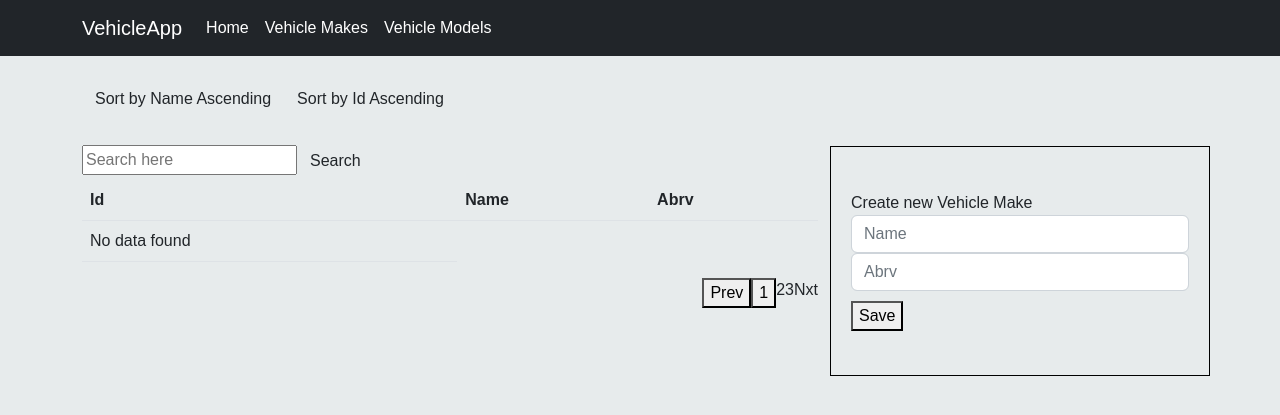
Repository: magdalenarajic/VehicleFrontend
Page: /Makes
The author's editor kept a copy of each file at every save. The page is drawn from the files as they stood at one save, then again after the next save.
The browser window is 1280 px wide. The pictures show the whole page.
The page's requests for data from a server got no answer. The project was rebuilt for these pictures with package versions that can differ from the ones it lists, and the page was loaded fresh each time. No one was signed in, and anything a server would have sent is missing. Also part of the build but not shown: src/components/Home.js, src/services/modelService.js, src/stores/modelStore.js, src/components/VehicleModel.js.

Above is the page before, as saved 2023-03-11 09:48:54.

After the next save:
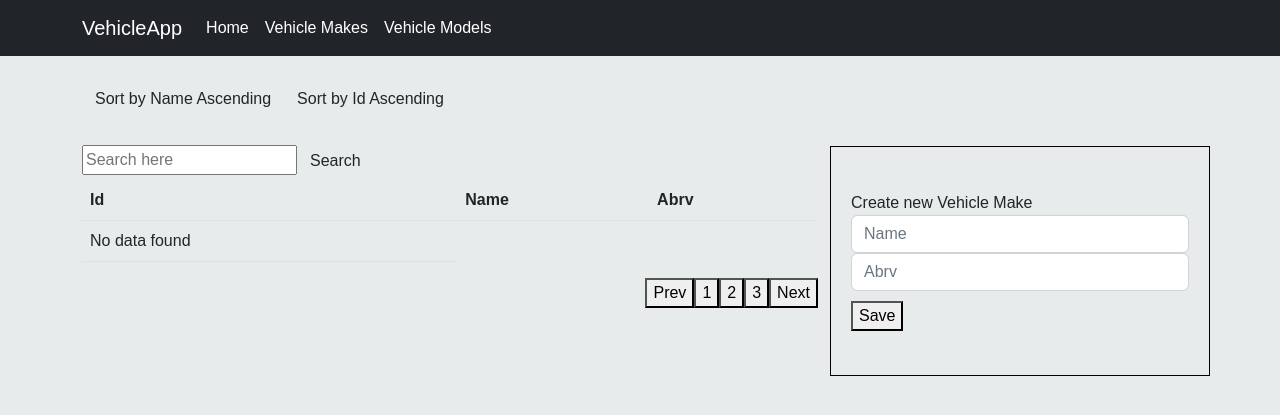
Saved 65 s later.
--- a/src/components/VehicleMake.js
+++ b/src/components/VehicleMake.js
@@ -160,11 +160,11 @@ const MakeList = () => {
                 <Col>
                 <nav>
   <ul className="pagination justify-content-end">
-    <li class="page-item"> <button> Prev </button> </li>
+    <li className="page-item"> <button> Prev </button> </li>
     <li class="page-item"><button> 1 </button></li>
-    <li class="page-item">2</li>
-    <li class="page-item">3</li>
-    <li class="page-item">Nxt</li>
+    <li class="page-item"><button> 2 </button></li>
+    <li class="page-item"><button> 3 </button></li>
+    <li class="page-item"><button> Next </button></li>
   </ul>
 </nav>
             </Col>
